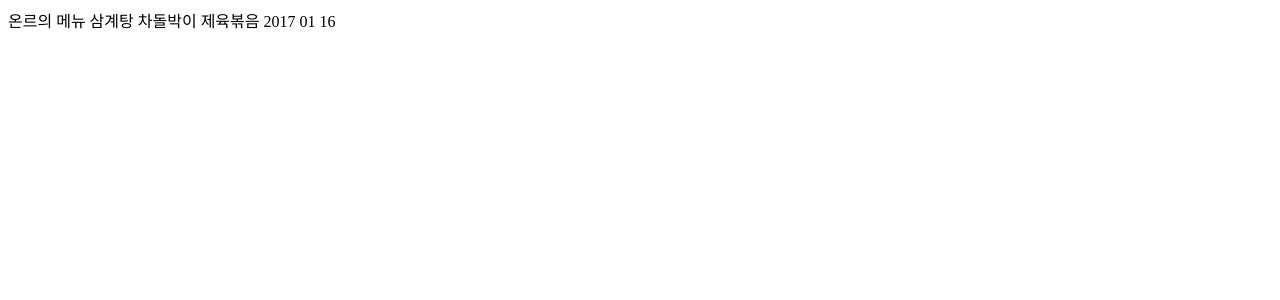
Repository: ionoffx00101/Bitworkspace
Page: http://localhost/brain/Menu.jsp
An editor plug-in stored every save of this project. The page is shown before and after the next save, followed by the edit.
The browser window is 1280 px wide. The pictures show the whole page.
The page is served by Tomcat 9.

Above is the page before, as saved 2017-01-17 05:49:24.

After the next save:
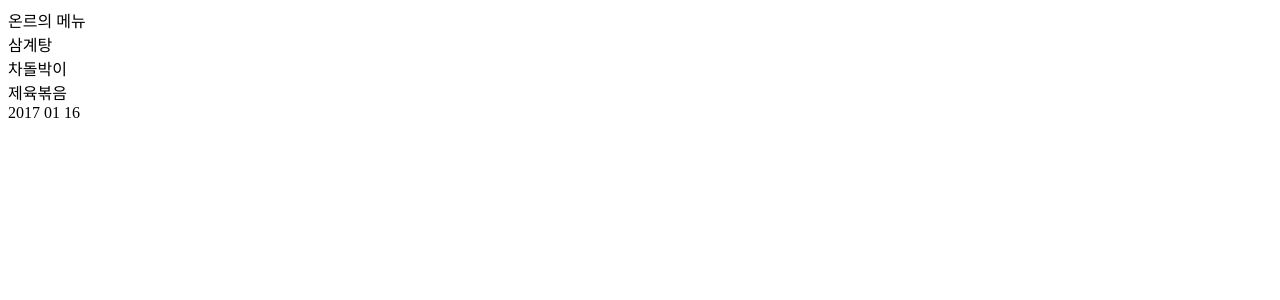
Saved 14 s later.
--- a/brain/WebContent/Menu.jsp
+++ b/brain/WebContent/Menu.jsp
@@ -7,10 +7,10 @@
 <title>Insert title here</title>
 </head>
 <body>
-온르의 메뉴
-삼계탕
-차돌박이
-제육볶음
+온르의 메뉴<br>
+삼계탕<br>
+차돌박이<br>
+제육볶음<br>
 <%@include file="Today.jsp" %>
 </body>
 </html>
